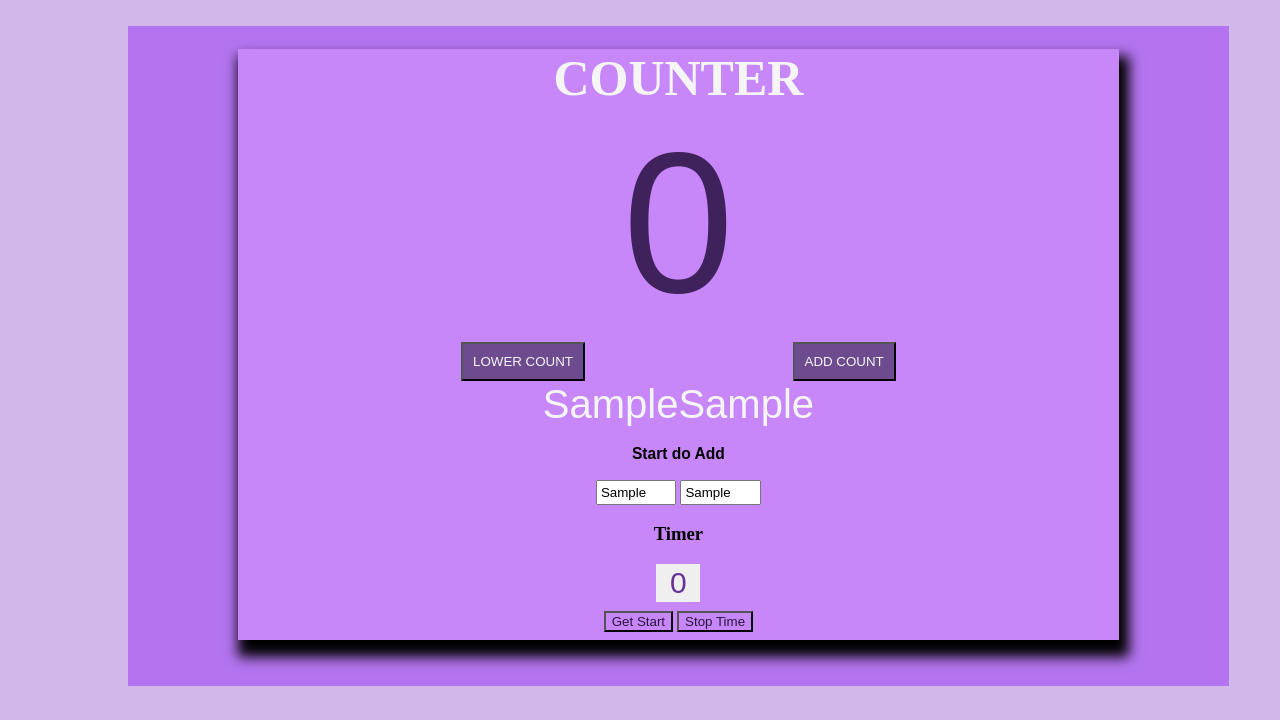
Repository: AnahitKhechumyan/Counter
Page: index.html
An editor plug-in stored every save of this project. The page is shown before and after the next save, followed by the edit.
The browser window is 1280 px wide. The pictures show the whole page.
Empty fields were first filled with sample values (such as "Sample", 5 or name@example.com).
After loading, the first visible `button.add` was clicked once.

Above is the page before, as saved 2022-02-15 02:42:47.

### index.html
<!DOCTYPE html>
<html lang="en">
<head>
    <meta charset="UTF-8">
    <meta http-equiv="X-UA-Compatible" content="IE=edge">
    <meta name="viewport" content="width=device-width, initial-scale=1.0">
    <link rel="stylesheet" href="style.css">
    <title>Counter</title>
</head>
<body>
    <div class="container">
       <div class="main">
            <div class="header">COUNTER</div>
            <button class= "counter">0</button>
            <div class = "change">
                 <button class ="decrement" type="button">LOWER COUNT</button>
                 <button class ="increment" type="button">ADD COUNT</button>
            </div>
            <button class= "sum">0</button> <br>
            <button class= "add" type="button"><h3>Start do Add</h3></button>
            <div >
                <input class ="firstInput" type="text" />
                <input class ="secondInput" type = "text"/>
           </div>
           <h3>Timer</h3>
           <button class= "timer">0</button>
            <div>
                <button class ="getTime">Get Start</button>
                <button class ="stopTime">Stop Time</button>
           </div>
        </div>
    </div>
    <script src= "script.js"></script>
</body>
</html>

### style.css
body{
    margin: 0;
    background-color: rgb(210, 183, 235);
}
.container{
    background-color: rgb(180, 116, 240);
    width: 86%;
    height: 90vh;
    margin: 2% 10%;
    padding-top: 1%;

}
.main{
    background-color: rgb(199, 135, 248);
    width: 80%;
    height: 82vh;
    margin: 1% 10%;
    box-shadow: 5px 12px 12px 5px;
    text-align: center;
}
.header{
    text-align: center;
    color:whitesmoke;
    font-size: 50px;
    font-weight: 700;
}

.counter{
    border:none;
    font-size:200px;
    color:rgb(63, 33, 92);
    background-color:rgb(199, 135, 248) ;

}
 .change{
     background-color:  rgb(199, 135, 248);
     font-size: 30px;
 }
.decrement{
    padding:10px;
    margin-right: 100px;
   background-color: rgb(110, 74, 143);
   color:whitesmoke;
}
.decrement:hover{
    background-color:whitesmoke;
    color:rgb(110, 74, 143);
    cursor:pointer;
}
.increment{
    padding:10px;
    margin-left: 100px;
    background-color: rgb(110, 74, 143);
    color:whitesmoke;
}
.increment:hover{
    background-color:whitesmoke;
    color:rgb(110, 74, 143);
    cursor:pointer;
}
.sum{
    border:none;
    background-color: rgb(199, 135, 248);
    color:whitesmoke;
    font-size: 40px;
}
.firstInput, .secondInput{
    width: 8%;
    padding:3px;
}
.timer{
    padding:2px 3px;
    font-size: 30px;
   width: 5%;
   border:none;
   color:rebeccapurple;
}

.getTime, .stopTime{
    margin-top:1%;
    background-color:rgb(199, 135, 248);
    color:rgb(41, 20, 61);
    cursor:pointer;
}
.getTime:hover, .stopTime:hover{
    background-color: whitesmoke;
    font-weight: 200;
}
h3{
    cursor:pointer;
}
.add{
    border:none;
    background-color: rgb(199, 135, 248);
}

### script.js
let counterElem = document.querySelector('.counter');
let addCount = document.querySelector('.increment');
let lowerCount =document.querySelector('.decrement');
let getTimer = document.querySelector('.getTime');
let stopTimer = document.querySelector('.stopTime');
let goTimer = document.querySelector('.timer');
let startAdd = document.querySelector('.add');
let addSum = document.querySelector('.sum');
let firstNum = document.querySelector('.firstInput');
let secondNum = document.querySelector('.secondInput');


    let count = 0;
    updateDisplay();

 addCount.addEventListener("click",()=>{
    count++;
    updateDisplay();
});
lowerCount.addEventListener("click",()=>{
    count--;
    updateDisplay();
});

function updateDisplay(){
    counterElem.innerHTML = count;
};


startAdd.addEventListener("click",()=>{
    //let x = firstNum.innerHTML;
    let x = firstNum.value;
    console.log(x);
    //let y = secondNum.innerHTML;
    let y = secondNum.value;
   addSum.innerHTML = add(x)(y);
   console.log(add(x)(y));
});

 let sum = 0;
function add(x){
    return  function(y){
     sum = (x + y);
     return sum;
    }
};

/*let  add = ((x) =>{
    return function(y){
        return x + y;
       }
});*/

    countTime=0;
 function getTime(){
    countTime++;
    goTimer.innerHTML = countTime;
 }
   let timer = 0;
  getTimer.addEventListener("click",()=>{
    timer = setInterval(getTime,1000);
});

stopTimer.addEventListener("click",()=>{
    clearInterval(timer);
    countTime = 0;
    goTimer.innerHTML = 0;
});

After the next save:
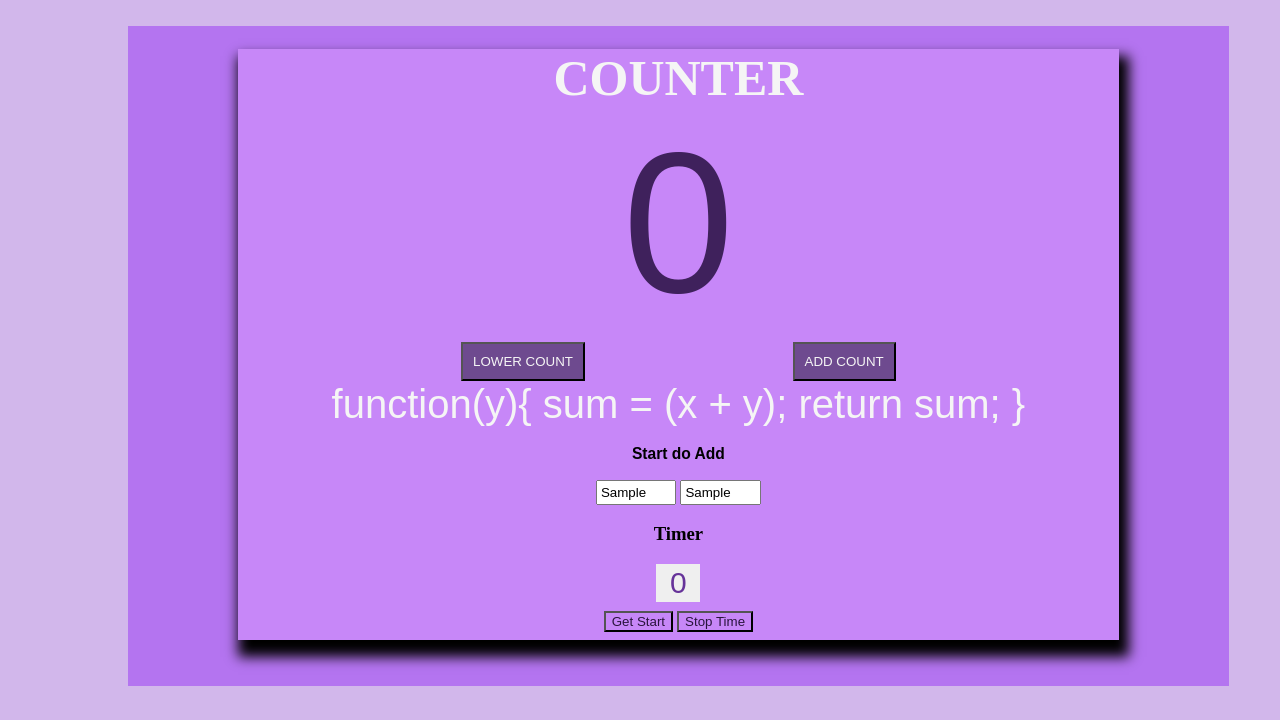
Saved 61 s later.
--- a/script.js
+++ b/script.js
@@ -33,8 +33,8 @@ startAdd.addEventListener("click",()=>{
     console.log(x);
     //let y = secondNum.innerHTML;
     let y = secondNum.value;
-   addSum.innerHTML = add(x)(y);
-   console.log(add(x)(y));
+   addSum.innerHTML = add(x,y);
+   console.log(add(x,y));
 });
 
  let sum = 0;

After the save that followed:
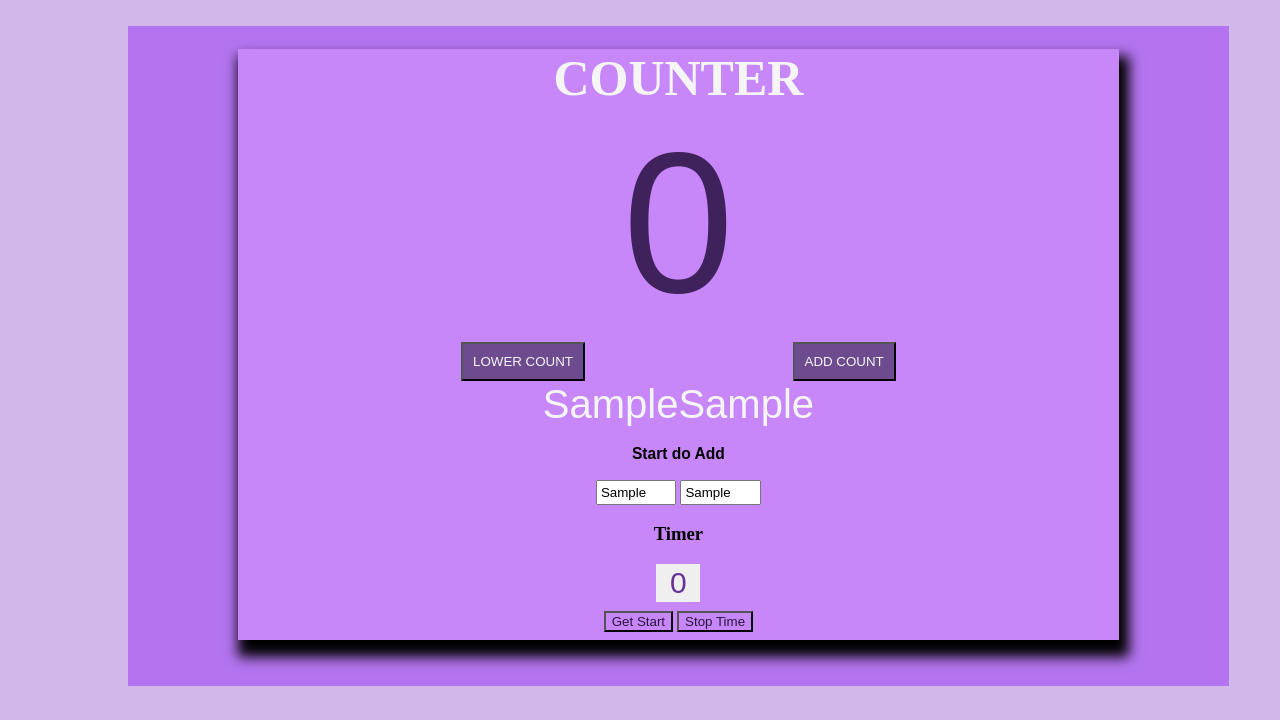
Saved 52 s later.
--- a/script.js
+++ b/script.js
@@ -33,8 +33,8 @@ startAdd.addEventListener("click",()=>{
     console.log(x);
     //let y = secondNum.innerHTML;
     let y = secondNum.value;
-   addSum.innerHTML = add(x,y);
-   console.log(add(x,y));
+   addSum.innerHTML = add(x)(y);
+   console.log(add(x)(y));
 });
 
  let sum = 0;
